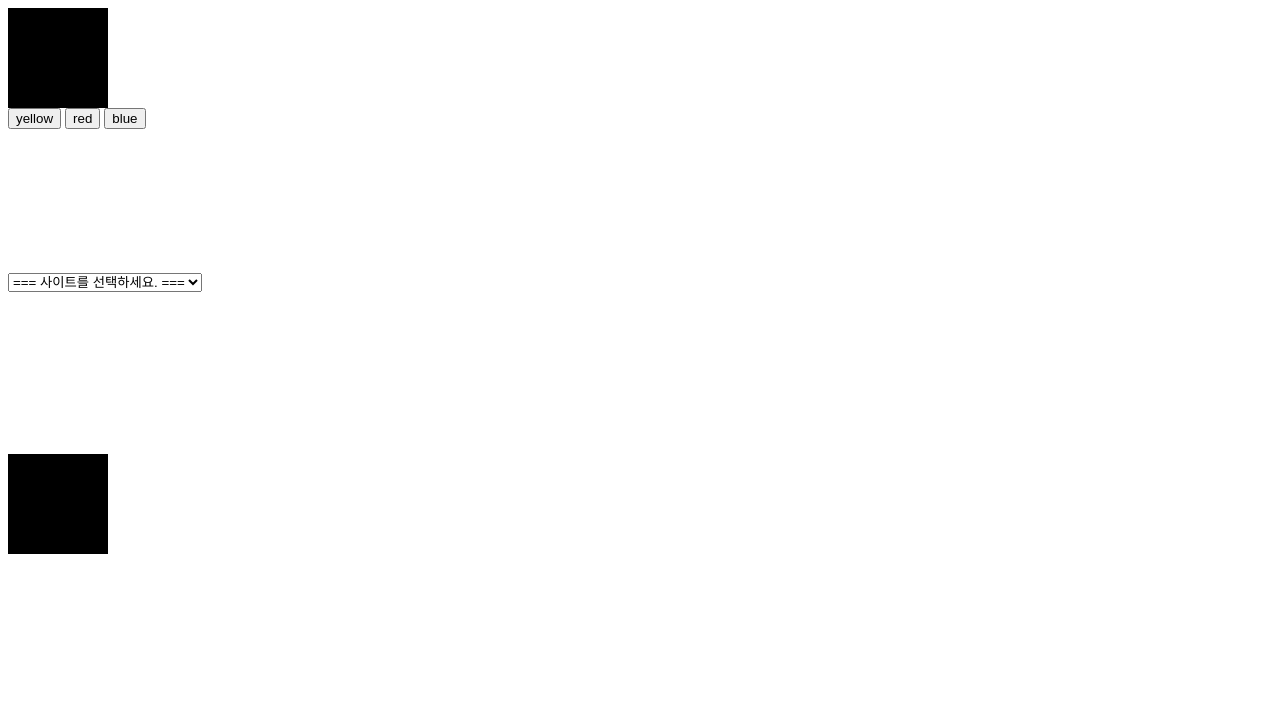
Repository: mjh1583/Hustar03_eGov
Page: http://localhost/JavaScript/js007.jsp
An editor plug-in stored every save of this project. The page is shown before and after the next save, followed by the edit.
The browser window is 1280 px wide. The pictures show the whole page.
The page is served by Tomcat 9.

Above is the page before, as saved 2021-05-06 07:55:19.

### workspace/JavaScript/src/main/webapp/js007.jsp
<%@ page language="java" contentType="text/html; charset=UTF-8"
    pageEncoding="UTF-8"%>
<!DOCTYPE html>
<html>
<head>
	<meta charset="UTF-8">
	<title>jQuery 이벤트</title>
</head>
<body>
	<div style="width: 100px; height: 100px; background-color: black;" id="contentsArea">

	</div>
	<input type="button" class="btn" value="yellow" w="200px" h="300px"/>
	<input type="button" class="btn" value="red" w="150px" h="200px"/>
	<input type="button" class="btn" value="blue" w="500px" h="1000px"/>

	<br><br><br><br><br><br><br><br><br>
	<div>
		<select id="select" name="select">
			<option value="">=== 사이트를 선택하세요. ===</option>
			<option value="https://www.naver.com">네이버</option>
			<option value="https://www.daum.net">다음</option>
			<option value="https://www.google.com">구글</option>
		</select>
	</div>

	<br><br><br><br><br><br><br><br><br>
	<div style="width: 100px; height: 100px; background-color: black;" id="contentsArea2">

	</div>

	<script src="https://code.jquery.com/jquery-3.6.0.js"></script>
	<script type="text/javascript">
		$('.btn').bind('click', function() {
			$('#contentsArea').css('background-color', $(this).val());
			$('#contentsArea').css('width', $(this).attr('w'));
			$('#contentsArea').css('height', $(this).attr('h'));
		});

		$('#select').bind('change', function() {
			//alert($(this).val());
			location.href = $(this).val();
		});

		$('#contentsArea2').bind('scroll', function() {
			$('#contentsArea2').css('background-color', 'red');
			$('#contentsArea2').css('width', '300px');
			$('#contentsArea2').css('height', '300px');
		});

		/*
			이벤트 종류
			click
			change
			hover
			mousedown
			mouseup
			mouseenter
			mouseleave
			mousemove
			scroll
			keypress
			keydown
			keyup
		*/
	</script>
</body>
</html>

After the next save:
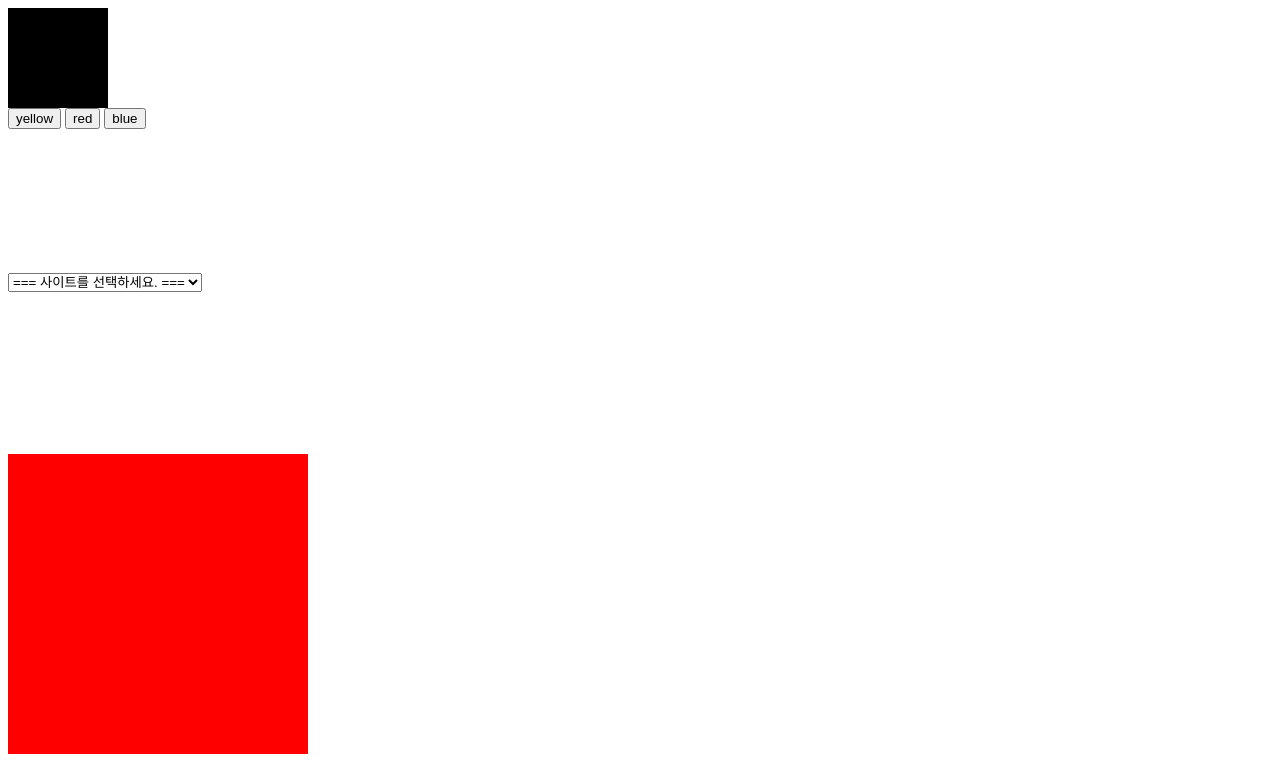
Saved 67 s later.
--- a/workspace/JavaScript/src/main/webapp/js007.jsp
+++ b/workspace/JavaScript/src/main/webapp/js007.jsp
@@ -42,7 +42,7 @@
 			location.href = $(this).val();
 		});
 
-		$('#contentsArea2').bind('scroll', function() {
+		$(document).bind('scroll', function() {
 			$('#contentsArea2').css('background-color', 'red');
 			$('#contentsArea2').css('width', '300px');
 			$('#contentsArea2').css('height', '300px');
